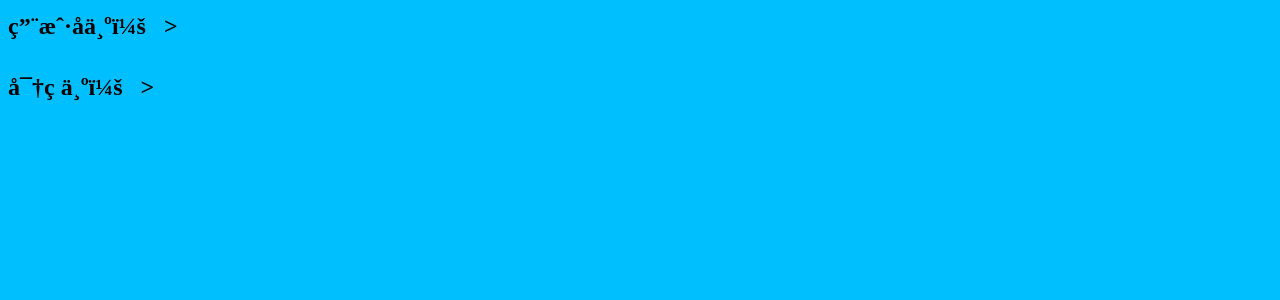
Repository: Fuhai-Chen/javaweb
Page: http://localhost/Chapter_4_example/reponse_comprehensive/cookieQuery.jsp
An editor plug-in stored every save of this project. The page is shown before and after the next save, followed by the edit.
The browser window is 1280 px wide. The pictures show the whole page.
The page is served by Tomcat 9.

Above is the page before, as saved 2020-09-24 06:06:34.

After the next save:
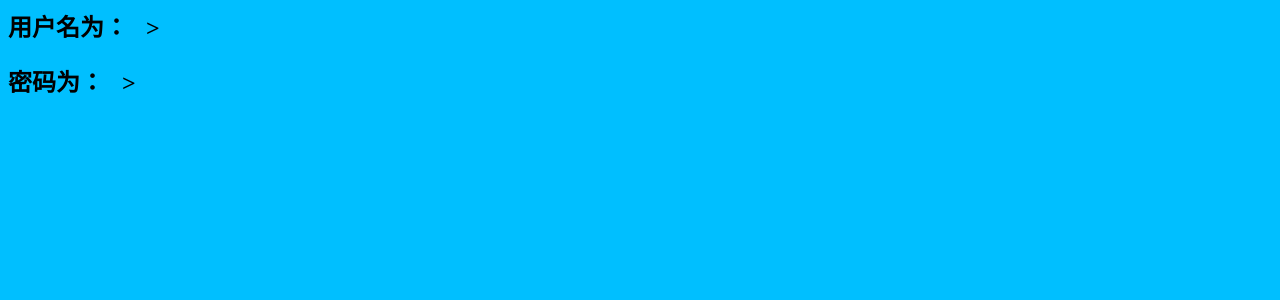
Saved 11 s later.
--- a/Chapter_4_example/WebRoot/reponse_comprehensive/cookieQuery.jsp
+++ b/Chapter_4_example/WebRoot/reponse_comprehensive/cookieQuery.jsp
@@ -1,4 +1,4 @@
-<%@ page language="java" import="java.util.*" pageEncoding="ISO-8859-1"%>
+<%@ page language="java" import="java.util.*" pageEncoding="UTF-8"%>
 <%
 String path = request.getContextPath();
 String basePath = request.getScheme()+"://"+request.getServerName()+":"+request.getServerPort()+path+"/";
